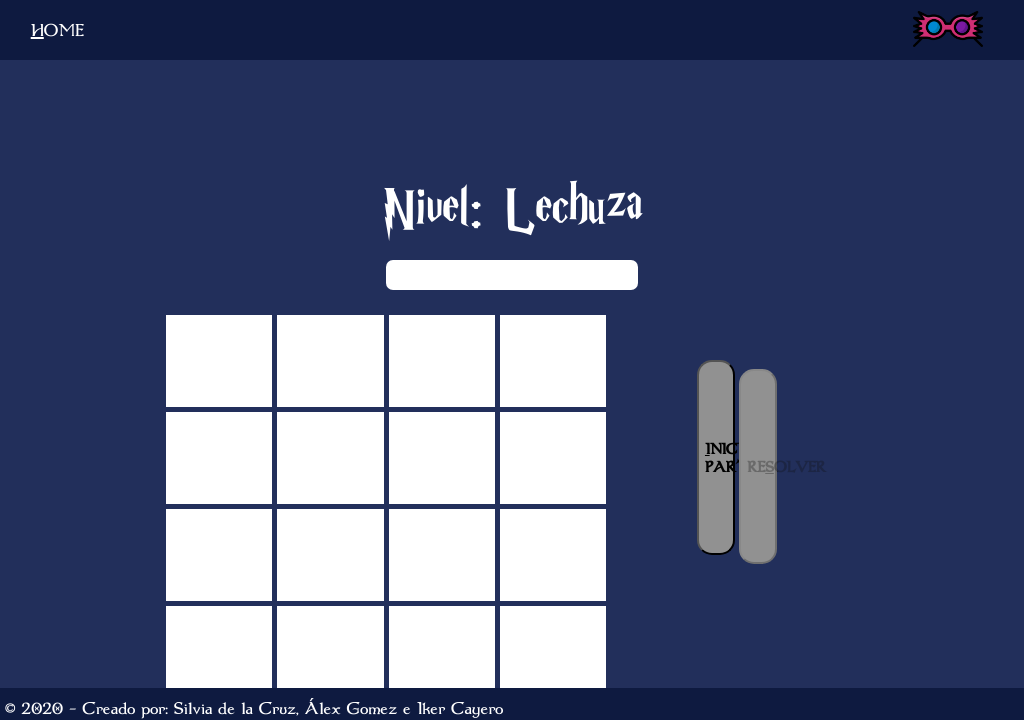
Repository: alexgomezdev/RavenclawSimon
Page: http://localhost/start.php?do=tryagain
These files come from the project's save history. The page is drawn as it stood at one moment and after the next save; the edit follows.
The browser window is 1024 px wide. The pictures show the whole page.
The page is run by PHP 8.4 with error messages shown; the project is at /var/www/html/.

Above is the page before, as saved 2020-11-10 21:26:39.

### start.php
<!DOCTYPE html>
<?php
session_start();
?>
<html lang="en">
<head>
    <meta charset="UTF-8">
    <meta name="viewport" content="width=device-width, initial-scale=1.0">
    <title>Ravenclaw Simon</title>
    <link rel="stylesheet" href="templates/lib.css">
    <link rel="stylesheet" href="templates/general.css">
    <link rel="stylesheet" href="templates/start.css">
    <audio id="start" src="templates/assets/audio/start.wav"></audio>
    <audio id="select" src="templates/assets/audio/select.mp3"></audio>
    <audio id="solve" src="templates/assets/audio/revelio.mp3"></audio>
    <script src="js/colorblind.js"></script>
</head>
<?php
    if (isset($_POST['colorblind_data'])) {
            $_SESSION['colorblind-data'] = $_POST['colorblind_data'];
        }
?>
<body id="body" <?php if (isset($_SESSION['colorblind-data']) && $_SESSION['colorblind-data'] == "True") {
            echo "class = 'body-blindcolor'";
        } else {
            echo "class = 'body'";
        } ?>>
    <header id="header" <?php if (isset($_SESSION['colorblind-data']) && $_SESSION['colorblind-data'] == "True") {
            echo "class = 'header-blindcolor'";
        } else {
            echo "class = 'header'";
        } ?>>
        <div id="home_link_div">
            <a href="index.php" id="home_link" accesskey="h"><underline class="accesskey">H</underline>OME</a>
        </div>
        <div class="colorblind_button_div" title="MODO DALTÓNICO" onclick="click_colorblind()">
            <img src="templates/assets/icono_daltonico.png" alt="Modo daltónico" id="colorblind_icon">
        </div>
    </header>
    <div id="show_name">
        <?php
        if (isset($_POST['username'])) {
            $username = $_POST['username'];
            if (isset($_SESSION['user']) && $_SESSION['user'] != $_POST['username']) {
                session_unset();
            }
            if (isset($_SESSION['user'])) {
                echo 'Jugador: ' . $_SESSION['user'];
            } else {
                $_SESSION['user'] = $username;

                echo 'Jugador: ' . $_SESSION['user'];
            }
        } else {
            if (isset($_SESSION['user'])) {
                echo 'Jugador: ' . $_SESSION['user'];
            }
        }
        if (isset($_SESSION['lvl'])) {
            if ( isset($_GET["do"]) && $_GET["do"] == "next") {
                $_SESSION['rankPoints'] = $_SESSION['rankPoints'] + 1000;
                $_SESSION['lvl'] = $_SESSION['lvl'] + 1;
            } else if (isset($_GET["do"]) && $_GET["do"] == "tryagain") {
                $_SESSION['rankPoints'] = $_SESSION['rankPoints'] - 50;
            }
        } else {
            $_SESSION['lvl'] = 0;
        }
        if (!isset($_SESSION['rankPoints'])) {
            $_SESSION['rankPoints'] = 1000;
        }
        $archivo = file('templates/config.txt');
        $nivel = explode(";", $archivo[$_SESSION['lvl']]);
        $filas = explode("x", $nivel[1]);
        $randArray = [];
        $randNum = [];
        $segons = $nivel[3] * 1000;
        echo "</br>Nivel: " . $nivel[0];
        ?>
        <script type="text/javascript">
            var segons = <?php echo $segons; ?>

        </script>
    </div>
    <div id="timer">
        <div id="progress">
            <div id="bar">
                <div id="label"></div>
            </div>
        </div>
    </div>
    <script src="js/playing.js"></script>
    <div class=" maxwd just-cont-center ds-flex">
        <div>
            <?php

            for ($m = 1; $m <= $nivel[2]; $m++) {
                $randNum = rand(0, ($filas[0] * $filas[1]) - 1);
                if (in_array($randNum, $randArray)) {
                    $m = $m - 1;
                } else {
                    array_push($randArray, $randNum);
                }
            }
            //echo "<PRE>" . print_r($_SESSION['lvl'], true) . "</PRE>";
            //0. NOM, 1. MATRIU, 2. PINTAR 3. SEGS, 4.CODI

            $cont = 0;
            //echo "<PRE>" . var_export($nivel, true) . "</PRE>";

            echo " <table class='tg'><tbody>";
            for ($i = 1; $i <= $filas[0]; $i++) {
                echo "<tr>";
                for ($x = 1; $x <= $filas[1]; $x++) {
                    if (in_array($cont, $randArray)) {
                        echo "<td class='tg plus'  id='. $cont . ' ' '></td>";
                        $cont = $cont + 1;
                    } else {
                        echo "<td class='tg' id='. $cont . ' '></td>";
                        $cont = $cont + 1;
                    }
                }
                echo "</tr>";
            }
            echo " </tbody> </table>";
            //echo "<PRE>" . print_r($filas, true) . "</PRE>";
            ?>
        </div>
               <div class=" ds-flex just-space-around">
            <div id="button_div">
                <button class="button_play" id="start_game_button" onclick="showNices(); updateClock(); move(); start()" accesskey="i">
                    <h3><underline class="accesskey">I</underline>NICIAR PARTIDA</h3>
                </button>
                <button class="button_play" id="solve_button" onclick="winorlose()" onmouseover="solve()" accesskey="s" disabled>
                    <h3>RE<underline class="accesskey">S</underline>OLVER</h3>
                </button>
            </div>
        </div>
    </div>
    <footer id="footer" <?php if (isset($_SESSION['colorblind-data']) && $_SESSION['colorblind-data'] == "True") {
            echo "class = 'footer-blindcolor'";
        } else {
            echo "class = 'footer'";
        } ?>>
        <div id="footer_content">
            &#0169 2020 - Creado por: Silvia de la Cruz, Álex Gomez e Iker Cayero
        </div>
    </footer>
</body>
</html>

### templates/config.txt
Lechuza;4x4;5;4;AA11
Duendecillo;4x4;7;3;AZ21
Centauro;4x4;8;2;BA3G
Trol;4x4;10;1;S7R
Hipogrifo;5x5;7;3;R67T
Gigante;5x5;10;3;78K5
Dementor;5x5;13;2;OPH0
Cancerbero;5x5;14;2;I796
Dragón;5x5;15;1;9UGG
Basilisco;6x6;16;2;6GPD

### templates/lib.css
.maxwd {
  width: 100%;
}

.ds-flex {
  display: flex;
}
.just-cont-center {
  justify-content: center;
}
.just-space-around {
  justify-content: space-around;
}

### templates/general.css
@font-face {
  font-family: "Harry_Potter";
  src: url("../templates/typography/HARRYP.TTF") format("truetype");
}

@font-face {
  font-family: "Dumbledore";
  src: url("../templates/typography/dumbledor.1.ttf") format("truetype");
}

html {
  min-height: 100%;
  position: relative;
}

body {
  font-family: "Dumbledore";
  background-color: #222f5b;
}

.body-blindcolor {
  background-color: #6c1ab2;
}

header {
  background-color: #0e1a40;
  top: 0;
  left: 0;
  position: fixed;
  width: 100%;
  height: 60px;
  display: flex;
}

.header-blindcolor {
  background-color: #2d044c;
}

#home_link_div {
  float: left;
  margin-left: 3%;
  padding-top: 9px;
  text-align: center;
  width: 10%;
  height: 100%;
  margin-right: none;
}

#home_link {
  display: flex;
  justify-content: center;
  align-items: center;
  color: #ffffff;
  font-size: 20px;
  text-decoration: none;
  width: min-content;
  height: 70%;
}

.colorblind_button_div {
  float: right;
  margin-right: 4%;
  width: 20%;
  text-align: center;
  height: 100%;
}

#colorblind_icon {
  float: right;
  justify-content: center;
  color: #ffffff;
  font-size: 20px;
  text-decoration: none;
  padding-top: 11px;
  height: 60%;
  cursor: pointer;
}

#title {
  color: #ffffff;
  font-family: "Harry_Potter";
  font-size: 60px;
  width: 100%;
  text-align: center;
  margin-top: 120px;
}

underline {
  text-decoration: underline;
}
main {
  width: 100%;
}

footer {
  color: #ffffff;
  background-color: #0e1a40;
  bottom: 0;
  left: 0;
  position: absolute;
  width: 100%;
  height: 3%;
  display: flex;
  padding-top: 10px;
  clear: both;
}

.footer-blindcolor {
  background-color: #2d044c;
}

#footer_content {
  margin-left: 5px;
  color: #ffffff;
  font-size: 20px;
  vertical-align: center;
  height: 60%;
}

@media (max-width: 800px) {
  #home_link_div {
    width: 15%;
  }
}

@media (max-width: 500px) {
  #home_link_div {
    width: 25%;
  }
}

### templates/start.css
.tg {
  border-collapse: collapse;
  border-width: 5px;
  width: 450px;
  height: 90px;
  background-color: white;
  border-style: solid;
  border-color: #222f5b;
}

#show_name {
  color: #ffffff;
  font-family: "Harry_Potter";
  font-size: 60px;
  width: 100%;
  text-align: center;
  margin-top: 120px;
  margin-bottom: 20px;
}

table {
  width: 100%;
  margin: 0 auto;
}

.nice {
  background-color: #946b2d;
}

#button_div {
  display: inline-block;
  margin-top: 50px;
  margin-bottom: 100px;
  text-align: center;
  width: 100%;
}

.button_play {
  border-radius: 15px;
  background-color: #919191;
  font-family: "Dumbledore";
  font-size: 20px;
  width: 15%;
  height: 100%;
}

.button_play:hover {
  color: #5d5d5d;
  background-color: #ffffff;
}

#timer {
  font-family: "Harry_Potter";
  color: white;
  width: 100%;
}
#timer {
  text-align: center;
  margin-top: 2%;
  font-size: 25px;
  font-family: "Harry_Potter";
  color: white;
}

#progress {
  position: relative;
  width: 20%;
  height: 30px;
  background-color: #ffffff;
  margin: 0 auto;
  margin-bottom: 2%;
  border-radius: 7px;
}
#bar {
  position: absolute;
  width: 0%;
  height: 100%;
  background-color: #946b2d;
  border-radius: 5px;
}
#label {
  padding-top: 3px;
}

.colorblind_button_div {
  width: 90%;
}
@media (max-width: 1340px) {
  .button_play {
    font-size: 15px;
  }
}

@media (max-width: 1200px) {
  #progress {
    width: 25%;
  }
}
@media (max-width: 1035px) {
  .button_play {
    height: 80%;
  }
}

@media (max-width: 900px) {
  #progress {
    width: 30%;
  }
}

@media (max-width: 700px) {
  #progress {
    width: 35%;
  }
}
@media (max-width: 600px) {
  #progress {
    width: 40%;
  }
}
@media (max-width: 500px) {
  #progress {
    width: 45%;
    margin: 0 auto;
    margin-bottom: 3%;
  }
  footer {
    height: 5%;
  }
}

@media (max-width: 460px) {
  #timer {
    margin: 0 auto;
  }
  #show_name {
    text-align: center;
  }

  #progress {
    margin-bottom: 3%;
    width: 45%;
  }
}

### js/colorblind.js
var daltonico = 0;


function click_colorblind() {
    if (daltonico == 0) {
        daltonico = 1;
        change_colorblind(daltonico);
    } else {
        daltonico = 0;
        change_colorblind(daltonico);
    }
}

function change_colorblind(id) {
    change_body(id);
    change_header(id);
    change_footer(id);
}

function change_body (id){
    if (id == 1) {
        document.getElementById("body").removeAttribute("class");
        document.getElementById("body").setAttribute("class", "body-blindcolor");
    } else {
        document.getElementById("body").removeAttribute("class", "body-blindcolor");
        document.getElementById("body").setAttribute("class", "body");
    }
}

function change_header (id){
    if (id == 1) {
        document.getElementById("header").removeAttribute("class");
        document.getElementById("header").setAttribute("class", "header-blindcolor");
    } else {
        document.getElementById("header").removeAttribute("class", "header-blindcolor");
        document.getElementById("header").setAttribute("class", "header");
    }
}

function change_footer (id){
    if (id == 1) {
        document.getElementById("footer").removeAttribute("class");
        document.getElementById("footer").setAttribute("class", "footer-blindcolor");
    } else {
        document.getElementById("footer").removeAttribute("class", "footer-blindcolor");
        document.getElementById("footer").setAttribute("class", "footer");
    }
}

### js/playing.js
var tdscorrects = document.getElementsByClassName('plus');
function hideNices (){
    for (const key of tdscorrects) {
        key.classList.remove('nice');
    }
    document.getElementById("solve_button").removeAttribute('disabled');
    var clickable = document.getElementsByClassName('tg');
    var clickable = document.getElementsByClassName('tg');
    for (const x of clickable) {
        x.setAttribute('onclick', 'choose(this.id)');
    }
    startTime =new Date();
    document.getElementById("start_game_button").setAttribute('disabled', false);
};
function showNices(){
    for (const x of tdscorrects) {
            x.classList.add('nice');
        }
    setTimeout(hideNices,segons)
};

function choose(id) {
    var elem = document.getElementById(id);
    if (elem.classList.contains('nice')){
        elem.classList.remove('nice');
    }else{
        elem.classList.add('nice');
    }
    document.getElementById('select').play();
};

function winorlose() {
    endTime = new Date();
    var intervalTime = endTime - startTime ;
    intervalTime = intervalTime/100;
    timeToReturn = Math.round(intervalTime);
    var playResut = document.getElementsByClassName('plus nice');
    var contNice = document.getElementsByClassName('nice')
    if ((contNice.length == tdscorrects.length) && ((playResut.length == tdscorrects.length)) ){
        window.open("success.php?tiempo="+timeToReturn, "_self");
    }else{
        window.open("gameOver.php", "_self");
    }
};

function start() {
    document.getElementById('start').play();
};

function solve() {
    document.getElementById('solve').play();
};

var totalTime = segons /1000;

function move() {
    var elem = document.getElementById("bar");
    var width = 0;
    var id = setInterval(frame, segons/100);
    function frame() {
      if (width >= 100) {
        clearInterval(id);
      } else {
        width++;
        elem.style.width = width + '%';
      }//
    }
}

function updateClock() {
    document.getElementById('label').innerHTML = totalTime;
    if(totalTime==0){

    }else{
        totalTime-=1;
        setTimeout("updateClock(totalTime)",1000);
    }
}

After the next save:
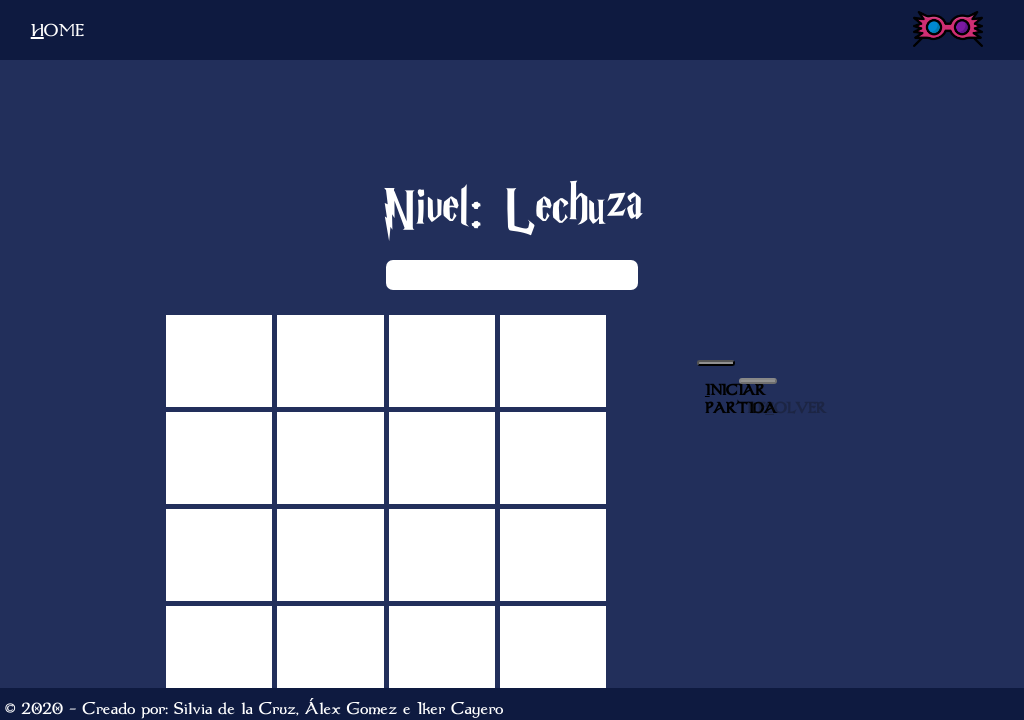
Saved 42 s later.
--- a/templates/start.css
+++ b/templates/start.css
@@ -98,7 +98,7 @@
 }
 @media (max-width: 1035px) {
   .button_play {
-    height: 80%;
+    height: 0%;
   }
 }
 
